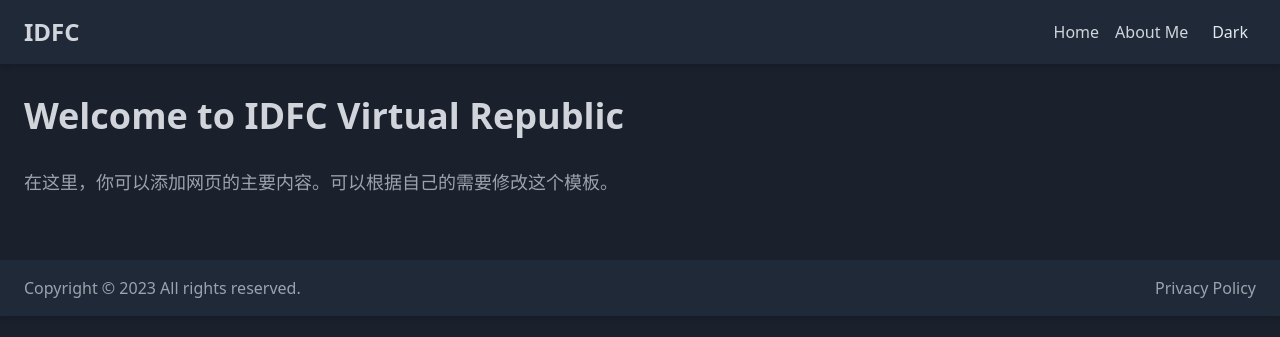
Repository: skybainiao/HackerStarter
Page: index.html
The author's editor kept a copy of each file at every save. The page is drawn from the files as they stood at one save, then again after the next save.
The browser window is 1280 px wide. The pictures show the whole page.

Above is the page before, as saved 2023-04-08 16:23:07.

After the next save:
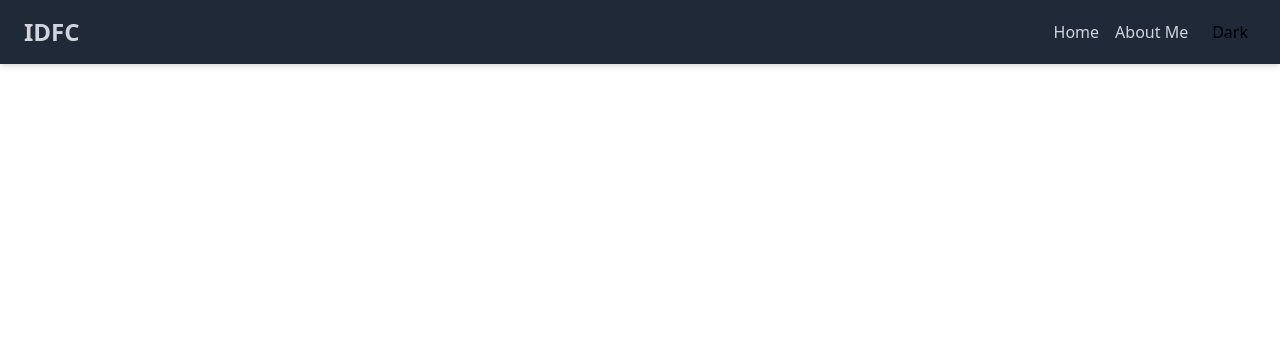
Saved 29 min 55 s later.
--- a/index.html
+++ b/index.html
@@ -5,8 +5,6 @@
     <meta name="viewport" content="width=device-width, initial-scale=1.0">
     <title>IDFC</title>
     <link href="https://cdn.jsdelivr.net/npm/tailwindcss@2.2.16/dist/tailwind.min.css" rel="stylesheet">
-
-
 </head>
 <body>
     <!-- 导航栏 -->
@@ -16,98 +14,38 @@
                 <div>
                     <a href="command.html" class="text-gray-300 text-2xl font-semibold">IDFC</a>
                 </div>
-                <div class="hidden md:flex items-center space-x-4">
+                <div id="navbarMenu" class="hidden md:flex items-center space-x-4">
                     <a href="#" class="text-gray-300 hover:text-white">Home</a>
                     <a href="#" class="text-gray-300 hover:text-white">About Me</a>
                     <button id="themeToggle" class="text-[var(--text-main)] p-2 rounded focus:outline-none focus:ring-2 focus:ring-[var(--text-main)]">Dark</button>
                 </div>
+                <button id="menuButton" class="md:hidden text-gray-300">
+                    <svg xmlns="http://www.w3.org/2000/svg" class="h-6 w-6" fill="none" viewBox="0 0 24 24" stroke="currentColor">
+                        <path stroke-linecap="round" stroke-linejoin="round" stroke-width="2" d="M4 6h16M4 12h16M4 18h16" />
+                    </svg>
+                </button>
             </div>
         </nav>
     </header>
 
     <!-- 主内容 -->
-    <main class="container mx-auto px-6 py-8">
-        <h1 class="text-4xl font-bold text-gray-300 mb-8">Welcome to IDFC Virtual Republic</h1>
-        <p class="text-gray-400 text-lg mb-8">在这里，你可以添加网页的主要内容。可以根据自己的需要修改这个模板。</p>
-    </main>
+    <!-- ... -->
 
     <!-- 页脚 -->
-    <footer class="bg-gray-800 shadow-md">
-        <div class="container mx-auto px-6 py-4">
-            <div class="flex justify-between items-center">
-                <div>
-                    <p class="text-gray-400">Copyright © 2023 All rights reserved.</p>
-                </div>
-                <div>
-                    <a href="#" class="text-gray-400 hover:text-gray-300">Privacy Policy</a>
-                </div>
-            </div>
-        </div>
-    </footer>
+    <!-- ... -->
 
-    <style>
-      /* 暗色调 */
-      body {
-          background-color: #1a202c;
-          color: #e2e8f0;
-      }
+    <script>
+        document.addEventListener('DOMContentLoaded', function() {
+            const menuButton = document.getElementById('menuButton');
+            const navbarMenu = document.getElementById('navbarMenu');
 
-      .header,
-      .footer {
-          background-color: #2d3748;
-      }
+            menuButton.addEventListener('click', function() {
+                navbarMenu.classList.toggle('hidden');
+            });
 
-      a, .header a, .footer a {
-          color: #ff0000;
-      }
-
-      a:hover, .header a:hover, .footer a:hover {
-          color: #ff0000;
-      }
-
-      /* 明亮色调 */
-      body.light-theme {
-          background-color: white;
-          color: #ffffff;
-      }
-
-      .light-theme .header,
-      .light-theme .footer {
-          background-color: #f8f9fa;
-      }
-
-      .light-theme a,
-      .light-theme .header a,
-      .light-theme .footer a {
-          color: #ffffff;
-      }
-
-      .light-theme a:hover,
-      .light-theme .header a:hover,
-      .light-theme .footer a:hover {
-          color: #ffffff;
-      }
-  </style>
-
-  <script>
-      document.addEventListener('DOMContentLoaded', function() {
-          const themeToggle = document.getElementById('themeToggle');
-          const header = document.querySelector('.header');
-          const footer = document.querySelector('.footer');
-
-          themeToggle.addEventListener('click', function() {
-              if (document.body.classList.contains('light-theme')) {
-                  document.body.classList.remove('light-theme');
-                  themeToggle.textContent = 'Dark';
-              } else {
-                  document.body.classList.add('light-theme');
-                  themeToggle.textContent = 'Light';
-              }
-          });
-      });
-  </script>
-
-
-
+            // 主题切换代码
+            // ...
+        });
+    </script>
 </body>
 </html>

After the save that followed:
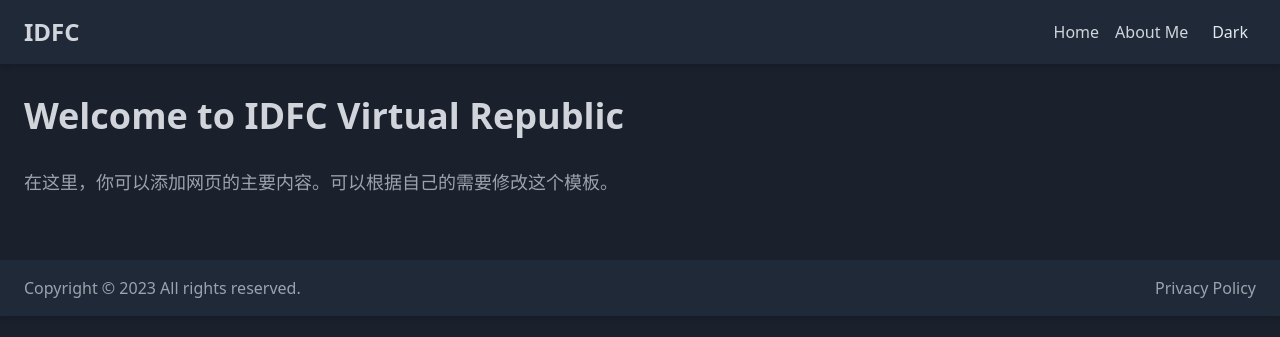
Saved 12 s later.
--- a/index.html
+++ b/index.html
@@ -5,6 +5,8 @@
     <meta name="viewport" content="width=device-width, initial-scale=1.0">
     <title>IDFC</title>
     <link href="https://cdn.jsdelivr.net/npm/tailwindcss@2.2.16/dist/tailwind.min.css" rel="stylesheet">
+
+
 </head>
 <body>
     <!-- 导航栏 -->
@@ -14,38 +16,98 @@
                 <div>
                     <a href="command.html" class="text-gray-300 text-2xl font-semibold">IDFC</a>
                 </div>
-                <div id="navbarMenu" class="hidden md:flex items-center space-x-4">
+                <div class="hidden md:flex items-center space-x-4">
                     <a href="#" class="text-gray-300 hover:text-white">Home</a>
                     <a href="#" class="text-gray-300 hover:text-white">About Me</a>
                     <button id="themeToggle" class="text-[var(--text-main)] p-2 rounded focus:outline-none focus:ring-2 focus:ring-[var(--text-main)]">Dark</button>
                 </div>
-                <button id="menuButton" class="md:hidden text-gray-300">
-                    <svg xmlns="http://www.w3.org/2000/svg" class="h-6 w-6" fill="none" viewBox="0 0 24 24" stroke="currentColor">
-                        <path stroke-linecap="round" stroke-linejoin="round" stroke-width="2" d="M4 6h16M4 12h16M4 18h16" />
-                    </svg>
-                </button>
             </div>
         </nav>
     </header>
 
     <!-- 主内容 -->
-    <!-- ... -->
+    <main class="container mx-auto px-6 py-8">
+        <h1 class="text-4xl font-bold text-gray-300 mb-8">Welcome to IDFC Virtual Republic</h1>
+        <p class="text-gray-400 text-lg mb-8">在这里，你可以添加网页的主要内容。可以根据自己的需要修改这个模板。</p>
+    </main>
 
     <!-- 页脚 -->
-    <!-- ... -->
+    <footer class="bg-gray-800 shadow-md">
+        <div class="container mx-auto px-6 py-4">
+            <div class="flex justify-between items-center">
+                <div>
+                    <p class="text-gray-400">Copyright © 2023 All rights reserved.</p>
+                </div>
+                <div>
+                    <a href="#" class="text-gray-400 hover:text-gray-300">Privacy Policy</a>
+                </div>
+            </div>
+        </div>
+    </footer>
 
-    <script>
-        document.addEventListener('DOMContentLoaded', function() {
-            const menuButton = document.getElementById('menuButton');
-            const navbarMenu = document.getElementById('navbarMenu');
+    <style>
+      /* 暗色调 */
+      body {
+          background-color: #1a202c;
+          color: #e2e8f0;
+      }
 
-            menuButton.addEventListener('click', function() {
-                navbarMenu.classList.toggle('hidden');
-            });
+      .header,
+      .footer {
+          background-color: #2d3748;
+      }
 
-            // 主题切换代码
-            // ...
-        });
-    </script>
+      a, .header a, .footer a {
+          color: #ff0000;
+      }
+
+      a:hover, .header a:hover, .footer a:hover {
+          color: #ff0000;
+      }
+
+      /* 明亮色调 */
+      body.light-theme {
+          background-color: white;
+          color: #ffffff;
+      }
+
+      .light-theme .header,
+      .light-theme .footer {
+          background-color: #f8f9fa;
+      }
+
+      .light-theme a,
+      .light-theme .header a,
+      .light-theme .footer a {
+          color: #ffffff;
+      }
+
+      .light-theme a:hover,
+      .light-theme .header a:hover,
+      .light-theme .footer a:hover {
+          color: #ffffff;
+      }
+  </style>
+
+  <script>
+      document.addEventListener('DOMContentLoaded', function() {
+          const themeToggle = document.getElementById('themeToggle');
+          const header = document.querySelector('.header');
+          const footer = document.querySelector('.footer');
+
+          themeToggle.addEventListener('click', function() {
+              if (document.body.classList.contains('light-theme')) {
+                  document.body.classList.remove('light-theme');
+                  themeToggle.textContent = 'Dark';
+              } else {
+                  document.body.classList.add('light-theme');
+                  themeToggle.textContent = 'Light';
+              }
+          });
+      });
+  </script>
+
+
+
 </body>
 </html>
